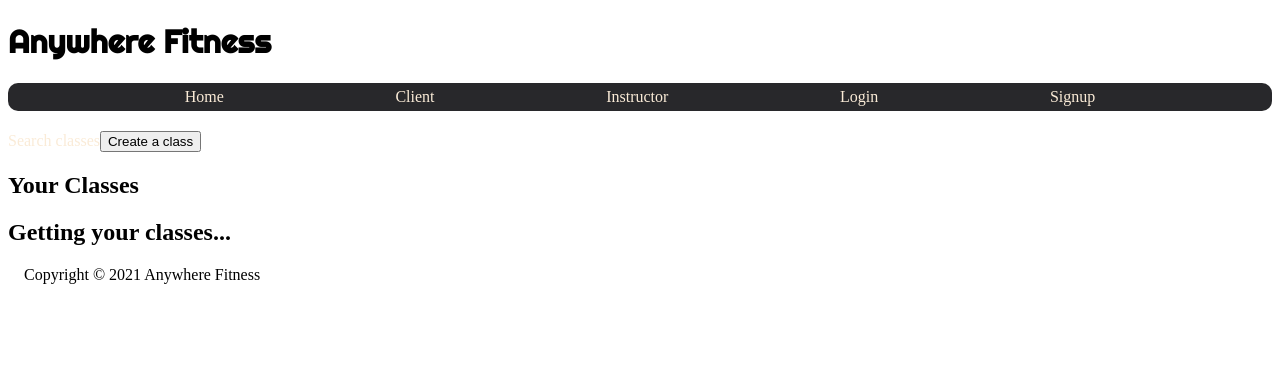
Repository: 10-21-BW-AnywhereFitness/frontend
Page: /instructor (app in anywherefitness-fe/)
These files come from the project's save history. The page is drawn as it stood at one moment and after the next save; the edit follows.
The browser window is 1280 px wide. The pictures show the whole page.
The page's requests for data from a server got no answer. Some web fonts or font styles are not loaded; a fallback is used. The project was rebuilt for these pictures with package versions that can differ from the ones it lists, and the page was loaded fresh each time. No one was signed in, and anything a server would have sent is missing. Also part of the build but not shown: anywherefitness-fe/src/components/pages/home.js, anywherefitness-fe/src/components/landing/ClientLanding.js, anywherefitness-fe/src/components/pages/client.js, anywherefitness-fe/src/components/landing/EditMenu.css, anywherefitness-fe/src/components/landing/EditMenu.js, anywherefitness-fe/src/components/landing/ClassDetails.js, anywherefitness-fe/src/components/landing/Popup.css, anywherefitness-fe/src/components/landing/Popup.js and 12 more.

Above is the page before, as saved 2021-10-22 10:57:01.

After the next save:
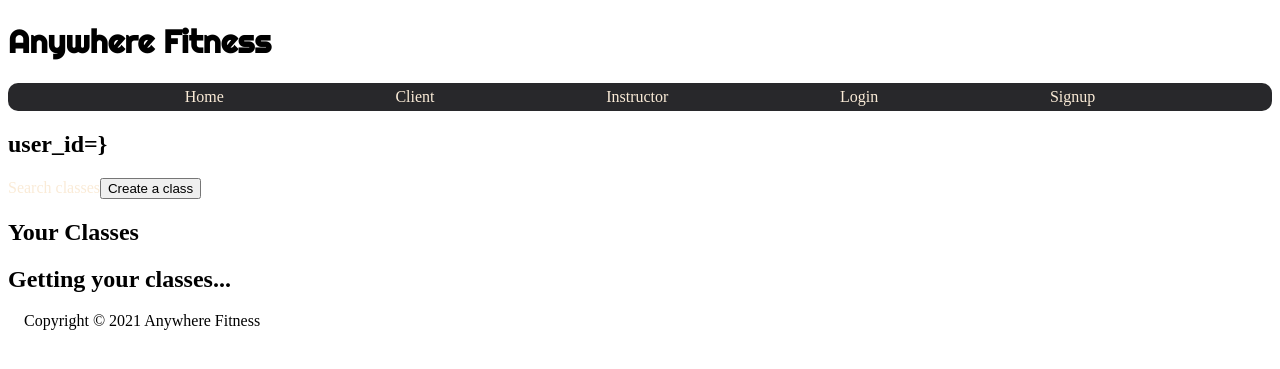
Saved 12 s later.
--- a/anywherefitness-fe/src/components/landing/InstructorLanding.js
+++ b/anywherefitness-fe/src/components/landing/InstructorLanding.js
@@ -113,7 +113,7 @@ const InstructorLanding = (props) => {
   return (
     <div className="instructor-landing">
       <h2>{con.getWelcomeMessage()}</h2>
-
+      <h2>user_id={}}</h2>
       <Link to="/search">Search classes</Link>
       <button onClick={createOnClick}>Create a class</button>
       <Popup trigger={openPopup} open={setOpenPopup}>
